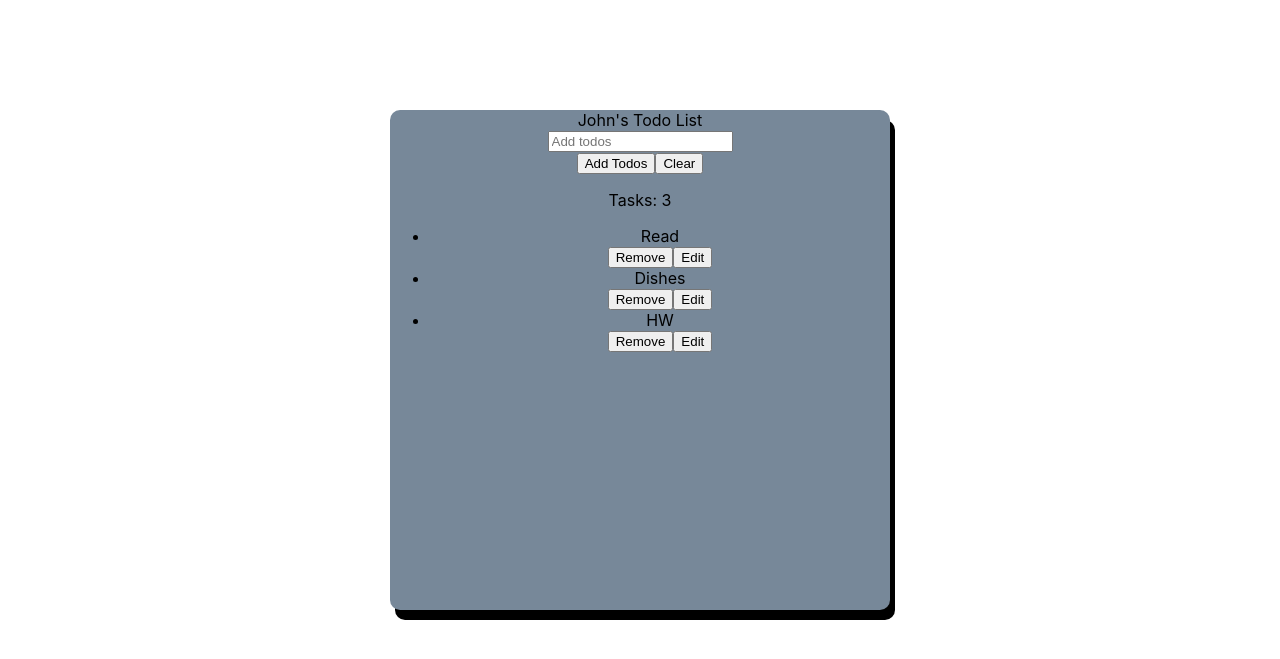
Repository: JohnKang0720/Simple-Todo-List
Page: /
An editor plug-in stored every save of this project. The page is shown before and after the next save, followed by the edit.
The browser window is 1280 px wide. The pictures show the whole page.
The project was rebuilt for these pictures with package versions that can differ from the ones it lists, and the page was loaded fresh each time.

Above is the page before, as saved 2021-05-28 21:04:22.

### src/App.js
import logo from './logo.svg';
import './App.css';
import TodoList from './TodoList'
import {taskContext} from './TodoList'
import React, {useContext, useState} from 'react'
import Todoform from './Todoform';


function App() {

  return (
    <TodoList >

    <div className="App">
     John's Todo List
   <Todoform />
    </div>
    </TodoList>

  );
}

export default App;

### src/App.css
.App {
  text-align: center;
}

.App-logo {
  height: 40vmin;
  pointer-events: none;
}

@media (prefers-reduced-motion: no-preference) {
  .App-logo {
    animation: App-logo-spin infinite 20s linear;
  }
}

.App-header {
  background-color: #282c34;
  min-height: 100vh;
  display: flex;
  flex-direction: column;
  align-items: center;
  justify-content: center;
  font-size: calc(10px + 2vmin);
  color: white;
}

.App-link {
  color: #61dafb;
}
body,html{
  width: 100%;
  height: 100%;
  display: flex;
  align-items: center;
  justify-content:center;
}
.App{
  background: lightslategray;
  width: 500px;
  height: 500px;
  position: relative;
  border-radius: 10px;
  box-shadow: 5px 10px;


}

@keyframes App-logo-spin {
  from {
    transform: rotate(0deg);
  }
  to {
    transform: rotate(360deg);
  }
}

### src/TodoList.js
import { DetectFacesTaskBase } from 'face-api.js'
import React, {useState, createContext} from 'react'
import Todoform from './Todoform'
import uuid from "uuid"

export const taskContext = createContext(null)
const TodoList = (props) => {

 const [input, setInput] = useState([
  {task: "Read", id: 0},
  {task: "Dishes", id: 1},
  {task: "HW", id: 2}
 ])


 function addTask(task){
setInput([...input, {task, id: 0 }  ])
 }
//  "task" along with the argument names the task off of e.target.value

function removeTask(id){
 setInput(input.filter(task => task.id !== id))
}
function clearTask(task){
   setInput([])
}
const editTask = (task, id) => {
  const item = input.map((tasks) =>
   (tasks.id === id ? {task, id} : tasks))


  setInput(item)
}


 return(
    <taskContext.Provider value = {{input, addTask, removeTask, clearTask, editTask}}>
    {props.children}
    </taskContext.Provider>
 )
}

export default TodoList

### src/Todoform.js
import React, {useContext, useState} from 'react'
import {taskContext} from './TodoList'
import List from './List'
import { DetectFacesTaskBase } from 'face-api.js'
function Todoform() {
    const {input, addTask, removeTask, clearTask, editTask} = useContext(taskContext)
    const [title, settitle] = useState('')
    const handleSubmit = (e) => {
      e.preventDefault();

      addTask(title)
      settitle('')
    }
    const handleChange = (e) => {

    settitle(e.target.value)


    }

    return (
        <div>
       <form onSubmit = {handleSubmit}>
           <input type = "text" placeholder = "Add todos" onChange = {handleChange} value = {title}/>
           <div>
           <button > Add Todos </button>
           <button onClick = {clearTask}> Clear </button>
           </div>
           <p> {input.length === 0 ? "No tasks" : `Tasks: ${input.length}`} </p>


       </form>

        <ul>

            {/* why does it have to be "input??" */}
            {input.map((task) => {
            return (

            <List task = {task} key = {task.id} remove = {removeTask} length = {input.length} edit = {editTask}/>


            )
            })}
        </ul>
        </div>
    )
}

export default Todoform

### src/List.js
import React, { useContext } from 'react'

function List({task, remove, length, edit}) {


    return (
        <div>
        <li>
            <span> {task.task}</span>
            <div>
                <button onClick = {() => remove(task.id)}> Remove </button>
                <button onClick = {edit}> Edit </button>
            </div>
        </li>


        </div>


    )
}

export default List

Loaded but not shown: public/index.html (common file); src/index.js (common file); src/index.css (common file); src/reportWebVitals.js (common file)

After the next save:
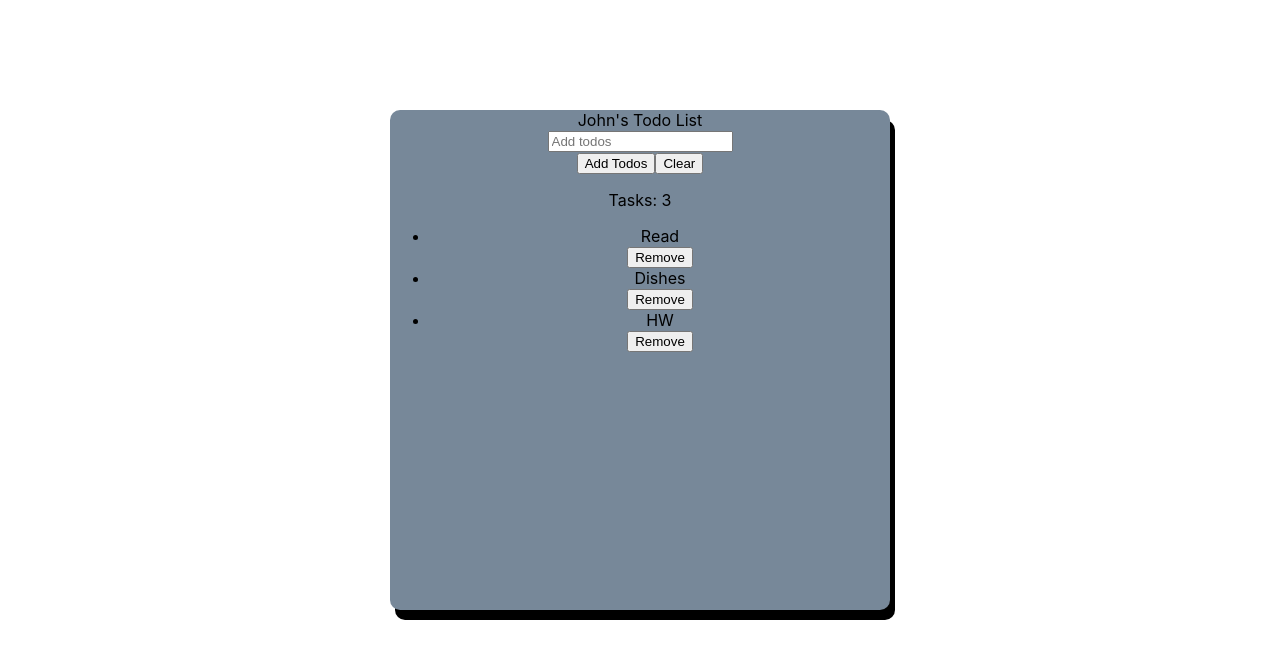
Saved 4 min 46 s later.
--- a/src/List.js
+++ b/src/List.js
@@ -9,7 +9,7 @@ function List({task, remove, length, edit}) {
             <span> {task.task}</span>
             <div>
                 <button onClick = {() => remove(task.id)}> Remove </button>
-                <button onClick = {edit}> Edit </button>
+
             </div>
         </li>
 
